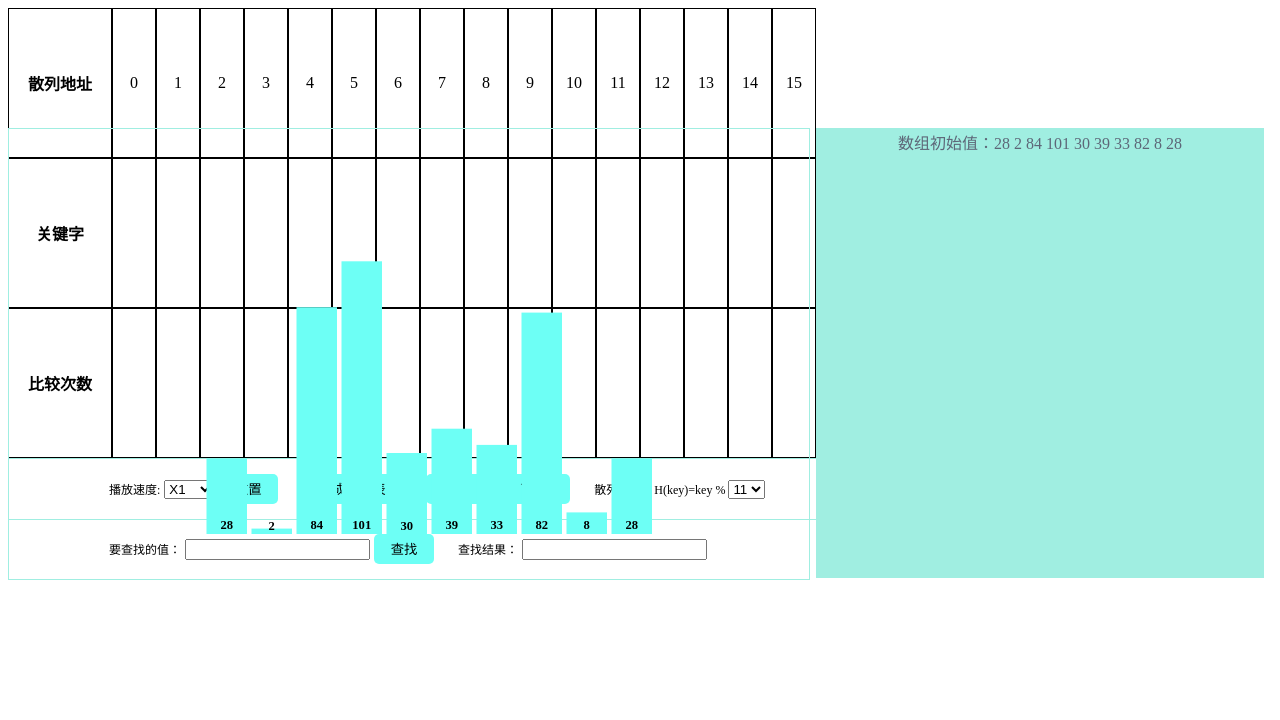
Repository: aaa615/Visualization-of-data-structure-algorithms
Page: dataStructure/WebContent/animation/search/hashSearch/hashSearch.html
The author's editor kept a copy of each file at every save. The page is drawn from the files as they stood at one save, then again after the next save.
The browser window is 1280 px wide. The pictures show the whole page.

Above is the page before, as saved 2021-05-20 04:34:02.

### dataStructure/WebContent/animation/search/hashSearch/hashSearch.html
<!DOCTYPE html>
<html lang="en">
<head>
    <meta charset="UTF-8">
    <title>散列表查找</title>
    <link rel="stylesheet" type="text/css" href="hashSearch.css" charset="utf-8">

    <script type="text/javascript" src="hashSearch.js"></script>
</head>
<body>
<div id="canvas_div">
    <table id="hash_table" cellspacing="0">
        <tr align="center" valign="center">
            <th width="100px" style="border: black solid 1px">散列地址</th>
            <td>0</td>
            <td>1</td>
            <td>2</td>
            <td>3</td>
            <td>4</td>
            <td>5</td>
            <td>6</td>
            <td>7</td>
            <td>8</td>
            <td>9</td>
            <td>10</td>
            <td>11</td>
            <td>12</td>
            <td>13</td>
            <td>14</td>
            <td>15</td>
        </tr>
        <tr align="center" valign="center">
            <th width="100px" style="border: black solid 1px">关键字</th>
            <td></td>
            <td></td>
            <td></td>
            <td></td>
            <td></td>
            <td></td>
            <td></td>
            <td></td>
            <td></td>
            <td></td>
            <td></td>
            <td></td>
            <td></td>
            <td></td>
            <td></td>
            <td></td>
        </tr>
        <tr align="center" valign="center">
            <th width="100px" style="border: black solid 1px">比较次数</th>
            <td></td>
            <td></td>
            <td></td>
            <td></td>
            <td></td>
            <td></td>
            <td></td>
            <td></td>
            <td></td>
            <td></td>
            <td></td>
            <td></td>
            <td></td>
            <td></td>
            <td></td>
            <td></td>
        </tr>
    </table>
    <svg id="canvas_svg" xmlns="http://www.w3.org/2000/svg" viewBox="0 0 500 500" onload="createRect()"></svg>
    <div class="express_window" id="express_window_id"></div>
</div>
<div id="player_div">
    <label>播放速度:</label>
    <select id="playSpeed_id" class="playSpeed_class" onclick="getPlaySpeed()">
        <option value="2">X2</option>
        <option value="1.5">X1.5</option>
        <option value="1" selected>X1</option>
        <option value="0.5">X0.5</option>
    </select>
    <input type="button" value="重置" class="player_input" onclick="reset()">
    <input type="button" value="生成散列表" class="player_input" style="width: 100px" onclick="createHashTable()">
    <input type="button" value="暂停" class="player_input" onclick="pause()">
    <input type="button" value="下一步" class="player_input" onclick="nextStep()">
    <label>散列函数：H(key)=key % </label>
    <select id="hash_function" class="playSpeed_class" onclick="getM()">
        <option value="3">3</option>
        <option value="11" selected>11</option>
        <option value="13">13</option>
    </select>
    <br/>

    <label>要查找的值：</label>
    <input type="text" id="search_num" class="player_text">
    <input type="button" value="查找" class="player_input" onclick="search()">
    <label>查找结果：</label>
    <input type="text" id="Search_result" class="player_text" readonly="true">

</div>

</body>
</html>

### dataStructure/WebContent/animation/search/hashSearch/hashSearch.css
@charset "UTF-8";
#canvas_div{
    position: relative;
    display: flex;
    display:-webkit-flex;
    justify-content: left;
}

.hash_table{
    display: inline-block;
    height: 100px;
}

td{
    height: 30px;
    width: 40px;
    border: black solid 1px;
}

#canvas_svg{
	position:absolute;
	top:120px;
    width: 800px;
    height: 450px;
    border: 1px solid rgba(160,238,225,1);
    font: bold 14px "Microsoft YaHei UI";
    text-align: center;
    text-anchor: middle;
}

.express_window{
	position:relative;
	top:120px;
    width: calc(100% - 800px - 1rem);
    height: 450px;
    overflow: auto;
    background-color: rgba(160,238,225,1);
    text-align: center;
}

.algoTitle{
	height:50px;
	font: 24px "Microsoft YaHei UI";
	line-height:50px
}

#express_window_id{
	font: 16px "Microsoft YaHei UI";
    color: #5d6778;
    line-height: 32px;
}

#player_div{
    width: calc(100% - 100px - 1rem);
    height: 60px;
    border: 1px solid rgba(160,238,225,1);
    padding-left: 100px;
    text-align: left;
    line-height: 60px;
}

.player_input{
    width: 60px;
    height: 30px;
    color: black;
    margin-right: 20px;
    border-color: cornsilk;
    background-color: rgba(109,255,245);
    color: black;
    border-style: hidden;
    border-radius: 5px;
}

#player_div label {
    font: 12px "Microsoft YaHei UI";
}

### dataStructure/WebContent/animation/search/hashSearch/hashSearch.js
/**
 *
 */
//舞台的高
var maxH=450;
//矩形的宽
var w = 45;
//矩形间隔
var space = 5;
//g标签的初始x坐标
var gX = 25;
//播放速度
var playSpeed=1200;
//矩形数值
var rectArray=[];
//记录每一轮数组细节
var arrStr="";
//计时器
var timer=[];
//
var currentStep=0;
//前一个矩形
var previousRect=-1;
//
var m=11;


//全局变量，获取g和rect标签
var txt=document.getElementsByClassName("player_text");
var oRect=document.getElementsByClassName("g_rect");
//获取playSpeed
function getPlaySpeed(){
    var oSelect=document.getElementsByClassName("playSpeed_class");
    playSpeed=1200*(1/oSelect[0].value);
    console.log(playSpeed);
}

function getM(){
    var oSelect=document.getElementsByClassName("playSpeed_class");
    m=oSelect[1].value;
    console.log(m);
}

//分步生成散列表
function nextStep(){
    if(previousRect!=-1){
        oRect[previousRect].setAttribute("style","fill:#6dfff5");
    }

    if(currentStep<10){
        oRect[currentStep].setAttribute("style","fill:greenyellow");
        previousRect=currentStep;

        let hash_tr=document.getElementById("hash_table").getElementsByTagName("tr");

        let index=rectArray[currentStep]%m;

        //记录查找细节
        var expressionField=document.getElementById("express_window_id");
        arrStr+="\n"+rectArray[currentStep]+" % "+m+" = "+index;


        console.log(index);

        // console.log("inner:"+hash_tr[1].getElementsByTagName("td")[index].innerText);
        //查找次数
        let count=1;
        if(hash_tr[1].getElementsByTagName("td")[index].innerText==""){
            hash_tr[1].getElementsByTagName("td")[index].innerText=rectArray[currentStep];
            hash_tr[2].getElementsByTagName("td")[index].innerText=count;
        }else{
            let i=index;
            while(hash_tr[1].getElementsByTagName("td")[i].innerText!=""){
                i=(i+1)%16;
                arrStr+="地址冲突，加一："+i+";";
                count++;
            }
            // console.log("i"+i);
            hash_tr[1].getElementsByTagName("td")[i].innerText=rectArray[currentStep];
            hash_tr[2].getElementsByTagName("td")[i].innerText=count;
        }
        expressionField.innerText=arrStr;
        currentStep++;
        return false;
    }else{
        return true;
    }

}

//生成散列表
function createHashTable(){
    timer[0]=setInterval(function () {
        if(nextStep()){
            clearInterval(timer[0]);
        }
    },playSpeed*2);
}

//随机生成有序的rect
function createRect() {
    var svgDoc=document.getElementById("canvas_svg");
    //获取流程描述窗口
    var expressionField=document.getElementById("express_window_id");
    arrStr="数组初始值：";

    //随机生成10个矩形的高（1~100）
    for (var i = 0; i < 10; ++i) {
        rectArray[i] = Math.ceil(Math.random() * 100) + 1;
        var h=rectArray[i]*3;
        //生成g标签
        var og=document.createElementNS("http://www.w3.org/2000/svg", "g");
        og.setAttribute("transform", "translate(" + gX + "," + (maxH - h) + ")");
        og.setAttribute("height", h + "px");
        og.setAttribute("class","svg_g");

        svgDoc.appendChild(og);

        //生成矩形
        var orect = document.createElementNS("http://www.w3.org/2000/svg", "rect");
        orect.setAttribute("width", w + "px");
        orect.setAttribute("height", h + "px");
        orect.setAttribute("fill", "#6dfff5");
        orect.setAttribute("class", "g_rect");
        og.appendChild(orect);

        //生成text
        var oTxt = document.createElementNS("http://www.w3.org/2000/svg", "text");
        oTxt.setAttribute("width", w + "px");
        oTxt.setAttribute("x", (w / 2) + "px");
        oTxt.setAttribute("y", h + "px");
        oTxt.setAttribute("dy", "-5px");
        oTxt.setAttribute("fill", "black");
        oTxt.textContent = h/3 + "";
        og.appendChild(oTxt);

        //下一个矩形的初始位置
        gX += w + space;

        arrStr+=h/3+" ";
    }
    expressionField.innerText=arrStr;
}


//查找
function search() {
    let search_num=parseInt(document.getElementById("search_num").value);
    let hash_tr=document.getElementById("hash_table").getElementsByTagName("tr");

    let address=search_num%m;

    console.log(parseInt(hash_tr[1].getElementsByTagName("td")[address].innerText));

    if(parseInt(hash_tr[1].getElementsByTagName("td")[address].innerText)==search_num){
        document.getElementById("Search_result").value="查找成功！";
        return true;
    }else{
        let i=(address+1)%16;
        while(i!=address){
            if(parseInt(hash_tr[1].getElementsByTagName("td")[address].innerText)==search_num){
                document.getElementById("Search_result").value="查找成功！";
                return true;
            }else{
                i=(i+1)%16;
            }
        }
    }
    document.getElementById("Search_result").value="查找失败！";
    return false;

}

//自动播放
function autoPlay() {
    timer[0]=setInterval(function () {
        nextStep();
    },playSpeed*2);
}

//暂停
function pause() {
    clearInterval(timer[0]);
    clearTimeout(timer[1]);
}

//重置
function reset() {
    pause();

    //删除矩形
    for(var i=0;i<rectArray.length;++i){
        removerRect();
    }
    //初始化相关变量
    for(var i=0;i<rectArray.length;++i){
        rectArray[i]=0;
    }
    gX=25;
    frontFrom=-1;
    txt[0].value="";
    txt[1].value="";
    count=1;
    //重新加载
    load();
}

//删除矩形
function removerRect(){
    var svgDoc=document.getElementById("canvas_svg");
    var og=svgDoc.firstChild;
    svgDoc.removeChild(og);
}

After the next save:
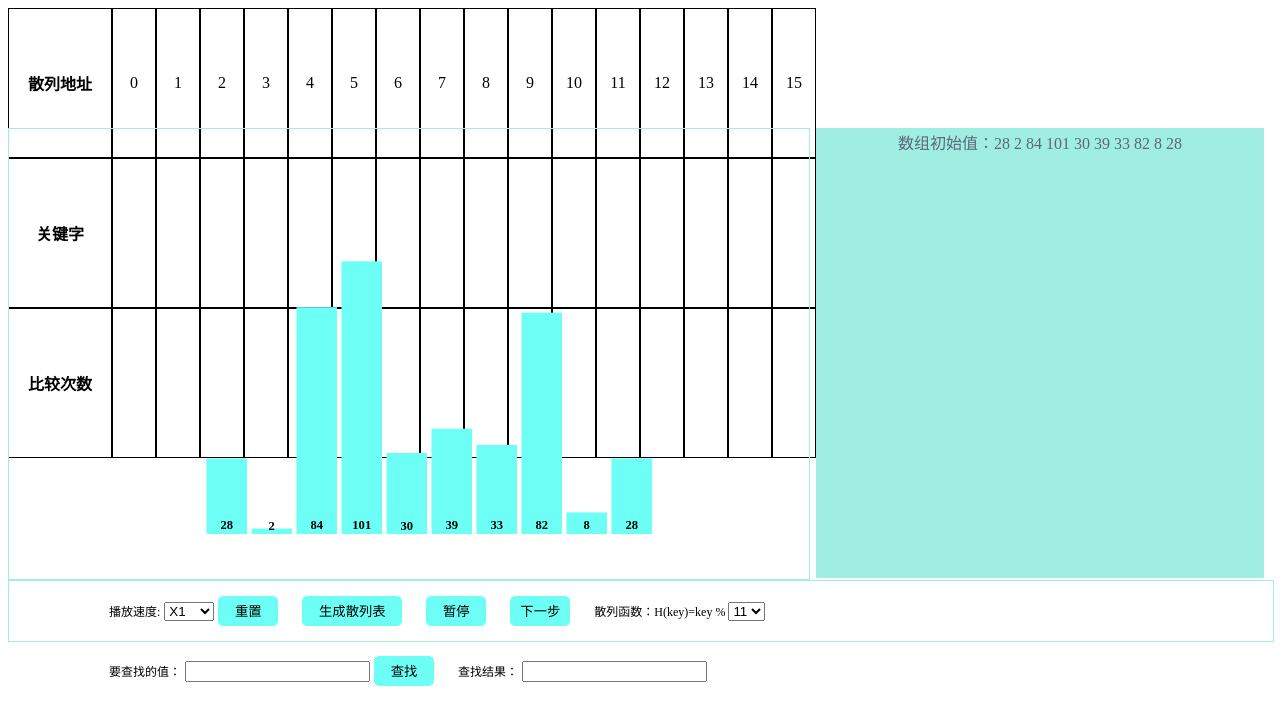
Saved 51 s later.
--- a/dataStructure/WebContent/animation/search/hashSearch/hashSearch.css
+++ b/dataStructure/WebContent/animation/search/hashSearch/hashSearch.css
@@ -51,6 +51,8 @@ td{
 }
 
 #player_div{
+	position: absolute;
+    top: 580px;
     width: calc(100% - 100px - 1rem);
     height: 60px;
     border: 1px solid rgba(160,238,225,1);
